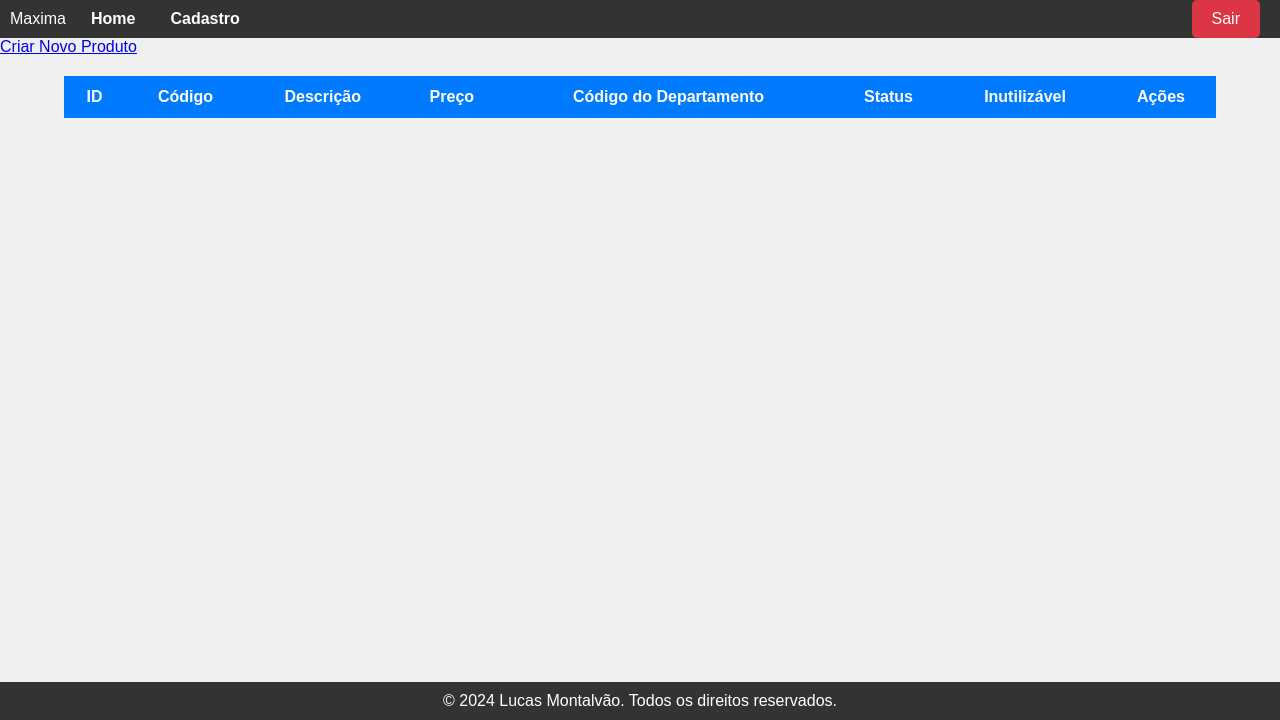
Repository: LucasMontalvao1/ProjetoMaxima
Page: /produto (app in AngularMaxima/)
These files come from the project's save history. The page is drawn as it stood at one moment and after the next save; the edit follows.
The browser window is 1280 px wide. The pictures show the whole page.
The page's requests for data from a server got no answer. The project was rebuilt for these pictures with package versions that can differ from the ones it lists, and the page was loaded fresh each time. No one was signed in, and anything a server would have sent is missing. Also part of the build but not shown: AngularMaxima/angular.json, AngularMaxima/src/app/pages/login/login.component.ts, AngularMaxima/src/app/pages/home/home.component.ts.

Above is the page before, as saved 2024-07-14 19:55:41.

### AngularMaxima/src/index.html
<!doctype html>
<html lang="en">
<head>
  <meta charset="utf-8">
  <title>AngularMaxima</title>
  <base href="/">
  <meta name="viewport" content="width=device-width, initial-scale=1">
  <link rel="icon" type="image/x-icon" href="favicon.ico">
</head>
<body>
  <app-root></app-root>
</body>
</html>

### AngularMaxima/src/styles.css
* {
  margin: 0;
  padding: 0;
  box-sizing: border-box;
}

body {
  font-family: Arial, sans-serif;
  background-color: #f0f0f0;
}

.container {
  display: flex;
  flex-direction: column;
  justify-content: space-between;
  min-height: 100vh;
}

### AngularMaxima/src/app/app.module.ts
import { NgModule } from '@angular/core';
import { BrowserModule } from '@angular/platform-browser';

import { AppRoutingModule } from './app-routing.module';
import { AppComponent } from './app.component';
import { LoginComponent } from './pages/login/login.component';
import { ReactiveFormsModule } from '@angular/forms';
import { HttpClientModule } from '@angular/common/http';
import { AuthService } from './services/auth.service';
import { HomeComponent } from './pages/home/home.component';
import { MenuComponent } from './layout/menu/menu.component';
import { FooterComponent } from './layout/footer/footer.component';
import { ProdutosComponent } from './pages/produto/produto.component';

@NgModule({
  declarations: [
    AppComponent,
    LoginComponent,
    HomeComponent,
    MenuComponent,
    FooterComponent,
    ProdutosComponent,

  ],
  imports: [
    BrowserModule,
    AppRoutingModule,
    ReactiveFormsModule,
    HttpClientModule
  ],
  providers: [AuthService],
  bootstrap: [AppComponent]
})
export class AppModule { }

### AngularMaxima/src/app/app-routing.module.ts
import { NgModule } from '@angular/core';
import { RouterModule, Routes } from '@angular/router';
import { LoginComponent } from './pages/login/login.component';
import { HomeComponent } from './pages/home/home.component';
import { ProdutosComponent } from './pages/produto/produto.component';

const routes: Routes = [
  { path: '', redirectTo: '/login', pathMatch: 'full'},
  { path: 'login', component: LoginComponent},
  { path: 'home', component: HomeComponent},
  { path: 'produto', component: ProdutosComponent},
  { path: 'home', component: HomeComponent},
];

@NgModule({
  imports: [RouterModule.forRoot(routes)],
  exports: [RouterModule]
})
export class AppRoutingModule { }

### AngularMaxima/src/app/app.component.ts
import { Component } from '@angular/core';

@Component({
  selector: 'app-root',
  templateUrl: './app.component.html',
  styleUrls: ['./app.component.css']
})
export class AppComponent {
  title = 'AngularMaxima';
}

### AngularMaxima/src/app/services/auth.service.ts
import { Injectable } from '@angular/core';
import { HttpClient } from '@angular/common/http';
import { Observable } from 'rxjs';
import { environment } from '../../../src/environments/environment';
import { Router } from '@angular/router';

@Injectable({
  providedIn: 'root'
})
export class AuthService {

  private apiUrl = environment.apiUrl;

  constructor(private http: HttpClient, private router: Router) { }

  login(username: string, password: string): Observable<any> {
    const body = { username, password };
    return this.http.post<any>(`${this.apiUrl}/login`, body, { responseType: 'text' as 'json' });
  }

    logout() {
    this.router.navigate(['/login']);
    }
}

### AngularMaxima/src/app/layout/menu/menu.component.ts
import { Component } from '@angular/core';
import { AuthService } from '../../services/auth.service';

@Component({
  selector: 'app-menu',
  templateUrl: './menu.component.html',
  styleUrls: ['./menu.component.css']
})
export class MenuComponent {

  constructor(private authService: AuthService) {}

  logout() {
    this.authService.logout();
  }
}

### AngularMaxima/src/app/pages/produto/produto.component.ts
// produtos.component.ts

import { Component, OnInit } from '@angular/core';
import { Produto } from '../../models/produto.model';
import { ProdutoService } from '../../services/produto.service';

@Component({
  selector: 'app-produtos',
  templateUrl: './produto.component.html',
  styleUrls: ['./produto.component.css']
})
export class ProdutosComponent implements OnInit {
  produtos: Produto[] = []; // Inicializando a propriedade produtos como um array vazio

  constructor(private produtoService: ProdutoService) { }

  ngOnInit(): void {
    this.CarregarProdutos();
  }

  CarregarProdutos(): void {
    this.produtoService.getAllProdutos().subscribe(
      (data: Produto[]) => {
        this.produtos = data;
      },
      (error) => {
        console.error('Erro ao carregar produtos:', error);
      }
    );
  }

  buscarProdutoPorId(id: number): void {
    this.produtoService.getProdutoById(id).subscribe(
      (produto: Produto) => {
        console.log('Produto encontrado:', produto);
        // Aqui você pode implementar lógica para lidar com o produto encontrado
      },
      (error) => {
        console.error('Erro ao buscar produto por ID:', error);
      }
    );
  }


  criarProduto(): void {
    const novoProduto: Produto = {
      codigo: 'NovoCodigo',
      descricao: 'Nova Descrição',
      preco: 0,
      departamentoCodigo: '001',
      status: 0,
      inutilizavel: 0
    };

    this.produtoService.createProduto(novoProduto).subscribe(
      (response: Produto) => {
        console.log('Produto criado com sucesso:', response);
        this.CarregarProdutos(); // Recarrega a lista de produtos após criar um novo
      },
      (error) => {
        console.error('Erro ao criar produto:', error);
      }
    );
  }

  editarProduto(id: number): void {
    // Implemente conforme necessário, utilizando o serviço ProdutoService
    // Exemplo de uso: this.produtoService.updateProduto(id, produto).subscribe(...)
  }

  detalhesProduto(id: number): void {
    // Implemente conforme necessário, utilizando o serviço ProdutoService
    // Exemplo de uso: this.produtoService.getProdutoById(id).subscribe(...)
  }

  excluirProduto(id: number): void {
    if (confirm('Tem certeza que deseja apagar este produto?')) {
      this.produtoService.deleteProduto(id).subscribe(
        () => {
          console.log('Produto excluído com sucesso.');
          this.CarregarProdutos(); // Recarrega a lista de produtos após excluir um produto
        },
        (error) => {
          console.error('Erro ao apagar produto:', error);
        }
      );
    }
  }
}

### AngularMaxima/src/environments/environment.ts
export const environment = {
  production: false,
  apiUrl: 'https://localhost:7041'
};

### AngularMaxima/src/app/layout/menu/menu.component.html
<div class="menu-container">
  <nav class="menu">
    <ul>
      <li>Maxima</li>
      <li><a routerLink="/home">Home</a></li>
      <li class="cadastro">
        <a href="#">Cadastro</a>
        <div class="submenu">
          <a routerLink="/produto">Produtos</a>
          <a routerLink="/departamento">Departamentos</a>
        </div>
      </li>
    </ul>
  </nav>

  <div class="user-actions">
    <button class="logout-button" (click)="logout()">Sair</button>
  </div>
</div>

### AngularMaxima/src/app/layout/menu/menu.component.css
/* styles.css (ou menu.component.css) */

.menu {
  background-color: #333;
  color: white;
  padding: 10px;
  display: flex;
  justify-content: space-between;
  align-items: center;
  position: relative; /* Adicionado para posicionamento absoluto do submenu */
  width: 100%;
}

.menu ul {
  list-style-type: none;
  display: flex;
}

.menu ul li {
  margin-right: 15px;
  position: relative; /* Adicionado para posicionamento absoluto do submenu */
}

.menu ul li a {
  color: white;
  text-decoration: none;
  font-weight: bold;
  padding: 10px;
  position: relative;
}

.menu ul li a:hover {
  text-decoration: underline;
}

.submenu {
  display: none;
  position: absolute;
  background-color: #333;
  padding: 10px;
  top: 100%; /* Posiciona o submenu abaixo do item de menu */
  left: 0;
  z-index: 1; /* Garante que o submenu apareça sobre outros elementos */
}

.menu ul li.cadastro:hover .submenu {
  display: block; /* Mostra o submenu quando o mouse passa sobre o item de menu */
}

.user-actions {
  margin-left: auto;
}

.logout-button {
  background-color: #dc3545;
  color: white;
  border: none;
  padding: 10px 20px;
  border-radius: 5px;
  cursor: pointer;
  font-size: 1rem;
}

.logout-button:hover {
  background-color: #c82333;
}

.header {
  position: fixed;
  top: 0;
  left: 0;
  width: 100%;
  background-color: #333;
  color: white;
  padding: 10px 20px;
  display: flex;
  justify-content: space-between;
  align-items: center;
}

.menu-container {
  display: flex;
  align-items: center; /* Ajuste para centralizar verticalmente */
}

.user-actions {
  position: absolute;
  top: 0;
  right: 20px; /* Ajuste a margem direita conforme necessário */
}

### AngularMaxima/src/app/layout/footer/footer.component.html
<footer class="footer">
  <p>&copy; 2024 Lucas Montalvão. Todos os direitos reservados.</p>
</footer>

### AngularMaxima/src/app/layout/footer/footer.component.css
.footer {
  background-color: #333;
  color: white;
  text-align: center;
  padding: 10px 0;
  width: 100%;
  position: fixed;
  bottom: 0;
  left: 0;
  z-index: 1000; /* Ajuste conforme necessário */
}

### AngularMaxima/src/app/pages/produto/produto.component.html
<app-menu></app-menu>
<p>
    <a routerLink="/produtos/create" class="btn btn-primary">Criar Novo Produto</a>
</p>

<table class="table table-striped table-hover">
    <thead>
        <tr>
            <th>ID</th>
            <th>Código</th>
            <th>Descrição</th>
            <th>Preço</th>
            <th>Código do Departamento</th>
            <th>Status</th>
            <th>Inutilizável</th>
            <th>Ações</th>
        </tr>
    </thead>
    <tbody>
        <tr *ngFor="let produto of produtos">
            <td>{{ produto.id }}</td>
            <td>{{ produto.codigo }}</td>
            <td>{{ produto.descricao }}</td>
            <td>{{ produto.preco | currency }}</td>
            <td>{{ produto.departamentoCodigo }}</td>
            <td>{{ produto.status }}</td>
            <td>{{ produto.inutilizavel }}</td>
            <td>
                <a routerLink="/produto/edit/{{ produto.id }}" class="btn btn-primary">Editar</a>
                <a routerLink="/produto/details/{{ produto.id }}" class="btn btn-primary">Detalhes</a>
                <button (click)="(produto.id)" class="btn btn-danger">Apagar</button>
            </td>
        </tr>
    </tbody>
</table>
<app-footer></app-footer>

### AngularMaxima/src/app/pages/produto/produto.component.css
/* produtos.component.css */

.table {
  width: 90%;
  margin: 20px auto; /* Centraliza a tabela com margem */
  border-collapse: collapse;
}

.table th, .table td {
  text-align: center;
  padding: 12px; /* Aumenta o padding para dar mais espaço nos botões */
}

.table th {
  background-color: #007BFF; /* Cor azul para o cabeçalho */
  color: white;
  font-size: 16px;
  font-weight: bold;
}

.table td {
  background-color: #f8f9fa; /* Cor de fundo das células */
}

.table .btn {
  border-radius: 8px; /* Borda arredondada */
  margin-right: 15px;
  padding: 10px 16px; /* Aumenta o padding para deixar os botões maiores */
}

.table .btn-primary {
  background-color: #007BFF; /* Cor azul para os botões "Editar" e "Detalhes" */
  color: white;
}

.table .btn-primary:hover {
  background-color: #0056b3; /* Cor mais escura ao passar o mouse */
}

.table .btn-danger {
  background-color: #dc3545; /* Cor vermelha para o botão "Apagar" */
  color: white;
}

.table .btn-danger:hover {
  background-color: #c82333; /* Cor mais escura ao passar o mouse */
}

### AngularMaxima/src/app/services/produto.service.ts
import { Injectable } from '@angular/core';
import { HttpClient } from '@angular/common/http';
import { Observable } from 'rxjs';
import { environment } from '../../../src/environments/environment';
import { Router } from '@angular/router';
import { Produto } from '../models/produto.model';

@Injectable({
  providedIn: 'root'
})
export class ProdutoService {

  private apiUrl = environment.apiUrl;

  constructor(private http: HttpClient, private router: Router) { }

  getAllProdutos(): Observable<Produto[]> {
    return this.http.get<Produto[]>(`${this.apiUrl}/produto`);
  }

  getProdutoById(id: number): Observable<Produto> {
    return this.http.get<Produto>(`${this.apiUrl}/produtos/${id}`);
  }

  createProduto(produto: Produto): Observable<Produto> {
    return this.http.post<Produto>(`${this.apiUrl}/produtos`, produto);
  }

  updateProduto(id: number, produto: Produto): Observable<Produto> {
    return this.http.put<Produto>(`${this.apiUrl}/produtos/${id}`, produto);
  }

  deleteProduto(id: number): Observable<any> {
    return this.http.delete<any>(`${this.apiUrl}/produtos/${id}`);
  }
}

Loaded but not shown: AngularMaxima/src/main.ts (common file); AngularMaxima/src/app/layout/footer/footer.component.ts (common file); AngularMaxima/src/app/app.component.html (common file); AngularMaxima/src/app/app.component.css (no stored copy; drawn as an empty file)

After the next save:
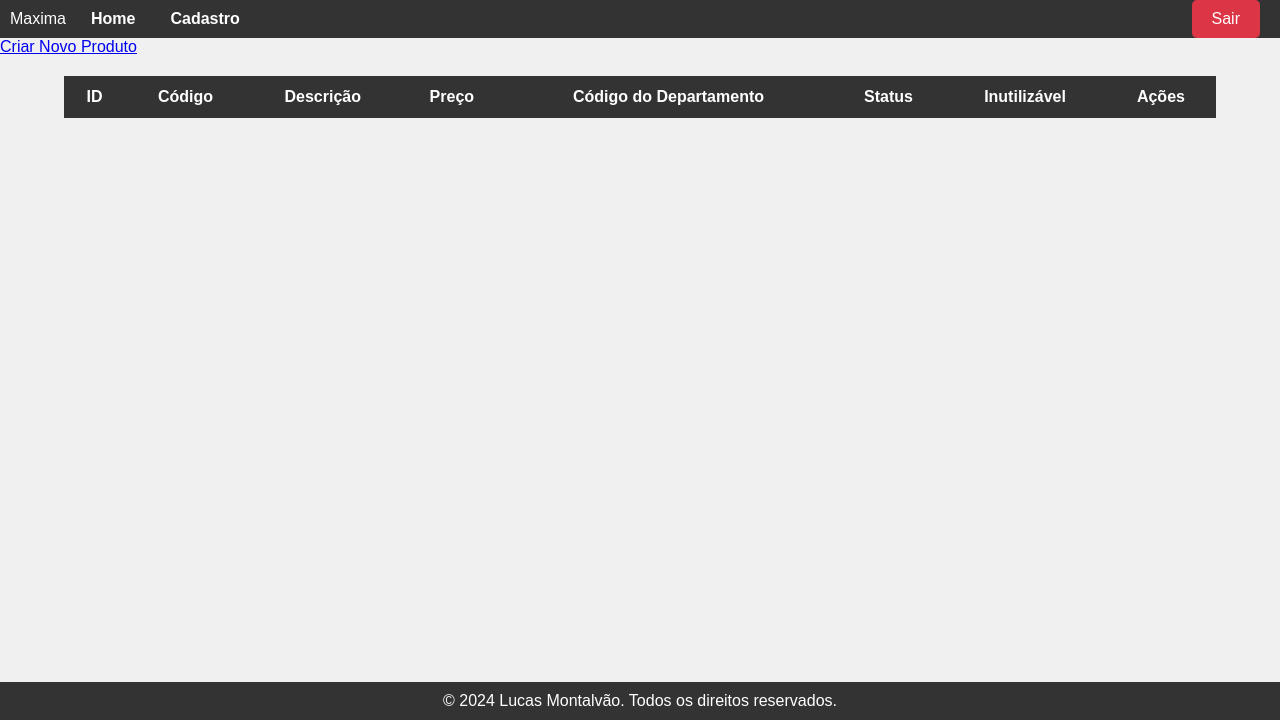
Saved 39 s later.
--- a/AngularMaxima/src/app/pages/produto/produto.component.css
+++ b/AngularMaxima/src/app/pages/produto/produto.component.css
@@ -12,7 +12,7 @@
 }
 
 .table th {
-  background-color: #007BFF; /* Cor azul para o cabeçalho */
+  background-color: #333; /* Cor azul para o cabeçalho */
   color: white;
   font-size: 16px;
   font-weight: bold;
